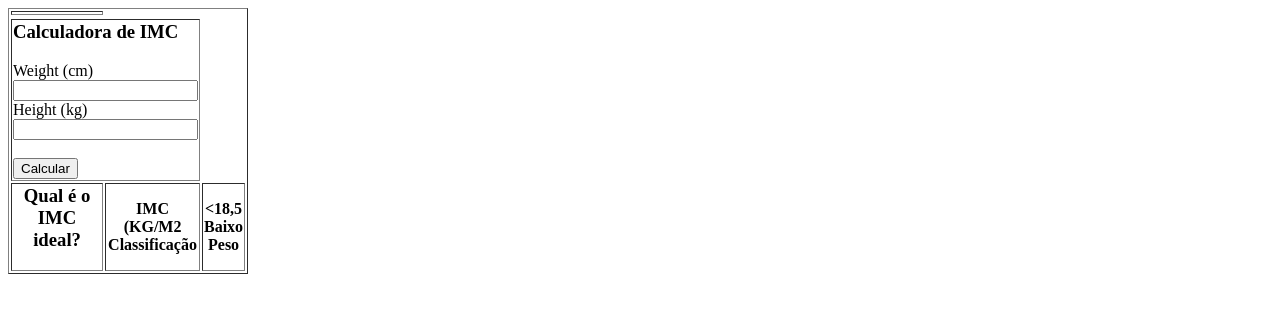
Repository: Patriciamativi/Projetos
Page: index.html
An editor plug-in stored every save of this project. The page is shown before and after the next save, followed by the edit.
The browser window is 1280 px wide. The pictures show the whole page.

Above is the page before, as saved 2022-11-21 15:21:53.

### index.html
<html>
    <head>
        <title>Calculadora de IMC</title>
        <meta charset="utf-8"/>

        <style type="text/css">

            p {
                /*border: 5px groove rgb(168, 50, 247);*/
                border-radius: 5px;
                width: 217px;
            }
            td {

                /*background-color: rgb(216, 166, 240);*/
            }

        </style>
    </head>
   <p>
<table border="1">
    <body>
            <th><tr></tr><td colspan="2" > <h3>Calculadora de IMC</h3>

            Weight (cm)<br/>
            <input type: "number" > </br>

            Height (kg)<br/>
            <input type: "number" > </br> </br>

            <input type= "submit" value="Calcular"> </td>
            </tr>
          </th>
                <th> <h3>Qual é o IMC ideal?</h3></th>

                <th>IMC (KG/M2<br/>  Classificação</th>
                <th> <18,5            Baixo Peso </th>


    </table>
</p>



</body>
</html>

After the next save:
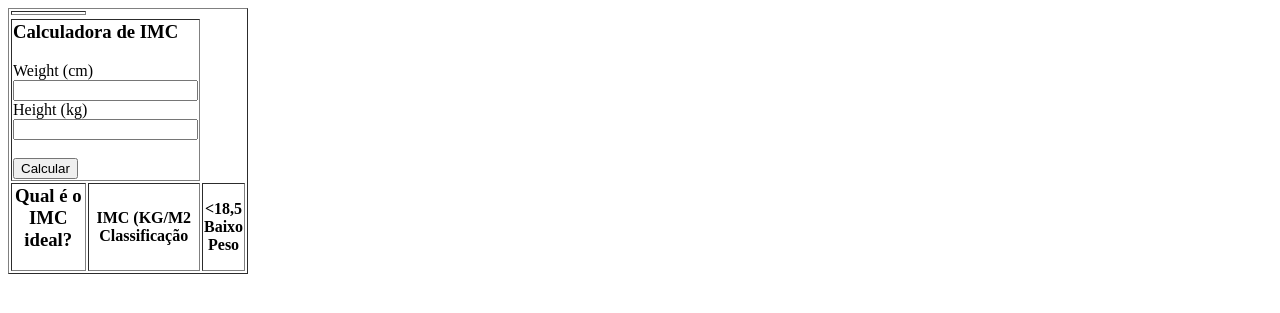
Saved 52 s later.
--- a/index.html
+++ b/index.html
@@ -33,7 +33,7 @@
           </th>
                 <th> <h3>Qual é o IMC ideal?</h3></th>
 
-                <th>IMC (KG/M2<br/>  Classificação</th>
+                <th>IMC (KG/M2  Classificação</th>
                 <th> <18,5            Baixo Peso </th>
 
 
